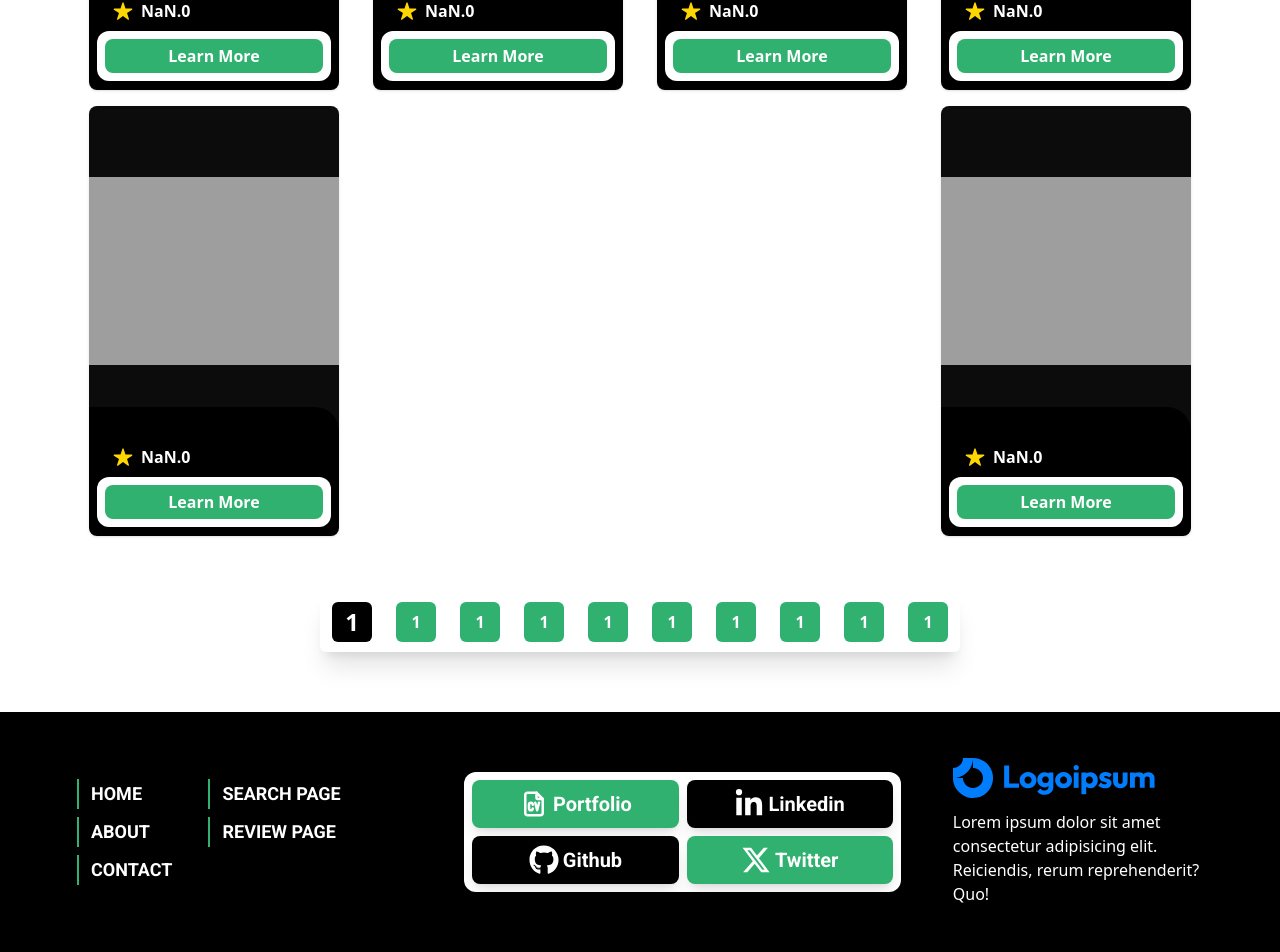
Repository: jayantatech/FrameFlick
Page: /movies
These files come from the project's save history. The page is drawn as it stood at one moment and after the next save; the edit follows.
The browser window is 1280 px wide. The pictures show the part of the page from y = 1136 to 2088 px (the page is 2088 px tall).
Pictures or frames that could not be fetched are drawn as grey boxes. The page's requests for data from a server got no answer. The project was rebuilt for these pictures with package versions that can differ from the ones it lists, and the page was loaded fresh each time. No one was signed in, and anything a server would have sent is missing. Also part of the build but not shown: vite.config.js, src/components/header/SearchBar.jsx, src/components/sliderComponent/button.css, src/components/sliderComponent/SliderComponent.jsx, src/pages/home/comingAttractions/ComingAttractions.jsx, src/pages/home/currentFavorites/CurrentFavorites.jsx, src/pages/home/movieGenres/MovieGenres.jsx, src/components/responsiveTitle/responsiveTitle.jsx and 11 more.

Above is the page before, as saved 2024-02-13 19:13:48.

### index.html
<!doctype html>
<html lang="en">

<head>
  <meta charset="UTF-8" />
  <link rel="icon" type="image/svg+xml" href="/vite.svg" />
  <meta name="viewport" content="width=device-width, initial-scale=1.0" />
  <link
    href="https://fonts.googleapis.com/css?family=Roboto:100,100italic,300,300italic,regular,italic,500,500italic,700,700italic,900,900italic"
    rel="stylesheet" />
  <link
    href="https://fonts.googleapis.com/css?family=Poppins:100,100italic,200,200italic,300,300italic,regular,italic,500,500italic,600,600italic,700,700italic,800,800italic,900,900italic"
    rel="stylesheet" />
  <title>Vite + React</title>
</head>

<body>
  <div id="root"></div>
  <script type="module" src="/src/main.jsx"></script>
</body>

</html>

### src/main.jsx
import React from "react";
import ReactDOM from "react-dom/client";
import App from "./App.jsx";
import "./index.css";
import { Provider } from "react-redux";
import store from "./store/Store.js";

ReactDOM.createRoot(document.getElementById("root")).render(
  <React.StrictMode>
    <Provider store={store}>
      <App />
    </Provider>
  </React.StrictMode>
);

### src/App.jsx
import React, { useEffect } from "react";
import ContentWrapper from "./components/contentWrapper/ContentWrapper";
import Header from "./components/header/Header";
import SearchBar from "./components/header/SearchBar";
import { fetchDataFromApi } from "./Utils/api";
import { useDispatch, useSelector } from "react-redux";
import { setFilmGenres, setUrl } from "./store/HomeSlice";
import Home from "./pages/home/Home";
import fetchData from "./components/hooks/fetchData";
import VideoPopBox from "./components/videoPopBox/VideoPopBox";
import Footer from "./components/footer/Footer";
import ReviewPage from "./pages/reviewPage/ReviewPage";
import { BrowserRouter, Route, Routes } from "react-router-dom";
import MoviePage from "./pages/moviePage/MoviePage";

/*
main green color - #58DAA8
2nd main color - #30b170
light green color - #E6FFF8
deep Green color - #409E7A
deep Green color 2 - #5EBEA3

*/

const App = () => {
  const { data, loading } = fetchData("configuration");

  const dispatch = useDispatch();
  useEffect(() => {
    dispatch(setUrl(`${data?.images.secure_base_url + "original"}`));
  }, [data]);

  const { data: genresData, loading: genresLoading } = fetchData(
    `genre/movie/list?language=en`
  );
  useEffect(() => {
    dispatch(setFilmGenres(genresData && genresData?.genres));
  }, [genresData]);

  return (
    <BrowserRouter>
      <VideoPopBox />
      <Header />
      <Routes>
        <Route path="/" element={<Home />} />
        <Route path="/review/:film/:id" element={<ReviewPage />} />
        <Route path="/movies" element={<MoviePage />} />
      </Routes>
      {/* <div className=" w-full h-[800px]"></div> */}
      <Footer />
    </BrowserRouter>
  );
};

export default App;

### src/components/contentWrapper/ContentWrapper.jsx
import React from "react";

const ContentWrapper = ({ children }) => {
  return <div className="w-full max-w-[1158px] mx-auto px-4">{children}</div>;
};

export default ContentWrapper;

### src/components/hooks/fetchData.jsx
import React, { useEffect, useState } from "react";
import { fetchDataFromApi } from "../../Utils/api";

const fetchData = (url) => {
  const [data, setData] = useState(null);
  const [loading, setLoading] = useState(null);
  const [error, setError] = useState(null);

  useEffect(() => {
    setLoading(true);
    setData(null);
    setError(null);
    fetchDataFromApi(url)
      .then((res) => {
        if (res?.status === 404) {
          throw new Error("Videos not found for this video");
        } else {
          return res.json();
        }
      })
      .then((data) => {
        setLoading(false);
        setData(data);
      })
      .catch((error) => setError("Something went wrong"));
  }, [url]);

  return { data, loading, error };
};

export default fetchData;

### src/components/videoPopBox/VideoPopBox.jsx
import React, { useEffect, useState } from "react";
import { IoClose } from "react-icons/io5";
import { useDispatch, useSelector } from "react-redux";
import { setVideoPopBox } from "../../store/HomeSlice";
import ReactPlayer from "react-player";

const VideoPopBox = () => {
  const [activeVideo, setActiveVideo] = useState(false);
  const [videoInfo, setVideoInfo] = useState([]);
  const dispatch = useDispatch();
  const { vidboxOn, vidBoxInfo } = useSelector(
    (state) => state.home.VideoPopBox
  );
  useEffect(() => {
    if (vidboxOn) setActiveVideo(vidboxOn);
    if (vidBoxInfo) setVideoInfo(vidBoxInfo);
  }, [vidboxOn, vidBoxInfo]);

  // useEffect(() => {
  //   if (activeVideo) {
  //     document.body.style.overflow = "hidden";
  //   } else {
  //     document.body.style.overflow = "auto";
  //   }
  // }, [activeVideo]);

  function hideVideoBox() {
    dispatch(setVideoPopBox([{ vidBoxOnPass: false, vidBoxInfoPass: {} }]));
    setActiveVideo(false);
  }

  return (
    <div
      className={` fixed w-screen h-screen top-0 left-0 ${
        activeVideo ? "block z-40" : "hidden -z-0"
      }`}
    >
      <div
        className={` relative top-0 left-0 min-h-screen min-w-screen flex items-center justify-center overflow-hidden`}
      >
        <div
          className=" absolute top-0 left-0 w-full h-full bg-[#000000af]"
          onClick={hideVideoBox}
        ></div>
        <div
          className={`w-[840px] h-[540px] max-lg:w-[660px] max-lg:h-[440px] max-md:w-[360px] max-md:h-[240px] bg-[#fff] shadow-xl rounded-xl py-4 px-4 relative transition-all duration-300 ${
            activeVideo ? "translate-y-[0%]" : "translate-y-[150%]"
          }`}
        >
          <div
            className=" w-[50px] h-[50px] bg-[#30B170] hover:bg-[#58DAA8] text-black hover:text-gray-600  absolute -top-5 -right-5 rounded-full flex items-center justify-center text-4xl cursor-pointer"
            onClick={hideVideoBox}
          >
            <IoClose />
          </div>
          <div className=" w-full h-full bg-black">
            {videoInfo && (
              <ReactPlayer
                url={`https://www.youtube.com/watch?v=${videoInfo?.key}`}
                width={"100%"}
                height={"100%"}
              />
            )}
          </div>
        </div>
      </div>
    </div>
  );
};

export default VideoPopBox;

### src/pages/moviePage/MoviePage.jsx
import React from "react";
import HeroMovie from "./heroMovie/HeroMovie";
import AllMovies from "./allMovies/AllMovies";

const MoviePage = () => {
  return (
    <div>
      <HeroMovie />
      <AllMovies />
    </div>
  );
};

export default MoviePage;

### src/pages/moviePage/heroMovie/HeroMovie.jsx
import React, { useEffect, useState } from "react";
import MyImage from "../../../components/myImage/MyImage";
import fetchData from "../../../components/hooks/fetchData";
import { useSelector } from "react-redux";
import MovieHeroInfo from "../../../components/movieHeroInfo/MovieHeroInfo";

const HeroMovie = () => {
  const [storeGen, setStoreGen] = useState([]);
  const [filmInfo, setFilmInfo] = useState([]);
  const [storeRendom, setStoreRendom] = useState(null);
  const { data, loading } = fetchData(`trending/movie/week`);
  const { url, filmGenres } = useSelector((state) => state.home);

  useEffect(() => {
    let rendomData;
    if (data?.results) {
      const genRanNum = Math.floor(Math.random() * 19);
      rendomData = data?.results[genRanNum];
      setStoreRendom(rendomData);
      console.log(data);
    }
  }, [data]);

  // let testData = storeRendom && storeRendom;
  let movieHeroData = storeRendom && storeRendom;
  useEffect(() => {
    let storeGenNum = [];
    if (movieHeroData) {
      filmGenres?.forEach((element) => {
        if (movieHeroData?.genre_ids.includes(element?.id)) {
          storeGenNum.push(element);
        }
      });
    }
    setStoreGen(storeGenNum);
  }, [filmGenres, movieHeroData]);
  console.log(storeGen);
  return (
    <div className=" w-full h-[590px] max-md:h-[670px] bg-black relative">
      <div className=" w-full h-full bg-[#0000005d] absolute top-0 left-0 z-10"></div>
      <div className=" overflow-hidden w-full h-full absolute top-0 left-0 z-0 ">
        <MyImage
          src={`${url}${!loading && movieHeroData?.backdrop_path}`}
          className={"max-lg:scale-150 max-md:scale-[4]"}
        />
      </div>
      <MovieHeroInfo movieHeroData={movieHeroData} storeGen={storeGen} />
    </div>
  );
};

export default HeroMovie;

### src/pages/moviePage/allMovies/AllMovies.jsx
import React from "react";
import ContentWrapper from "../../../components/contentWrapper/ContentWrapper";
import FilmCard from "../../../components/filmCard/FilmCard";

const AllMovies = () => {
  return (
    <div>
      <ContentWrapper>
        <div className=" py-[60px] px-3">
          <div className=" py-3">
            <h2 className=" capitalize text-3xl font-[Roboto] font-bold">
              our Movie suggestions
            </h2>
          </div>
          <div className=" w-full h-auto flex py-6 flex-row flex-wrap gap-4 items-center justify-between">
            <FilmCard />
            <FilmCard />
            <FilmCard />
            <FilmCard />
            <FilmCard />
            <FilmCard />
          </div>
          <div className=" w-full h-auto flex items-center justify-center pt-8">
            <div className=" w-fit px-3 h-[60px] bg-[#fff] shadow-xl rounded-md flex items-center justify-center gap-6">
              <div className=" w-[40px] h-[40px] bg-[#000] text-white rounded-md flex items-center justify-center font-bold text-2xl">
                1
              </div>
              <div className=" w-[40px] h-[40px] bg-[#30B170] text-white rounded-md flex items-center justify-center font-semibold">
                1
              </div>
              <div className=" w-[40px] h-[40px] bg-[#30B170] text-white rounded-md flex items-center justify-center font-semibold">
                1
              </div>
              <div className=" w-[40px] h-[40px] bg-[#30B170] text-white rounded-md flex items-center justify-center font-semibold">
                1
              </div>
              <div className=" w-[40px] h-[40px] bg-[#30B170] text-white rounded-md flex items-center justify-center font-semibold">
                1
              </div>
              <div className=" w-[40px] h-[40px] bg-[#30B170] text-white rounded-md flex items-center justify-center font-semibold">
                1
              </div>
              <div className=" w-[40px] h-[40px] bg-[#30B170] text-white rounded-md flex items-center justify-center font-semibold">
                1
              </div>
              <div className=" w-[40px] h-[40px] bg-[#30B170] text-white rounded-md flex items-center justify-center font-semibold">
                1
              </div>
              <div className=" w-[40px] h-[40px] bg-[#30B170] text-white rounded-md flex items-center justify-center font-semibold">
                1
              </div>
              <div className=" w-[40px] h-[40px] bg-[#30B170] text-white rounded-md flex items-center justify-center font-semibold">
                1
              </div>
            </div>
          </div>
        </div>
      </ContentWrapper>
    </div>
  );
};

export default AllMovies;

### src/components/myImage/MyImage.jsx
import React from "react";
import { LazyLoadImage } from "react-lazy-load-image-component";
import "react-lazy-load-image-component/src/effects/blur.css";

const MyImage = ({ src, className, alt }) => (
  <div className=" w-full min-h-full flex items-center justify-center overflow-hidden bg-contain">
    <LazyLoadImage
      alt={alt ? alt : "Frameflick"}
      src={src}
      effect="blur"
      width={"100%"}
      height={"100%"}
      className={`${className}`}
    />
  </div>
);

export default MyImage;

### src/components/movieHeroInfo/MovieHeroInfo.jsx
import React, { useEffect, useState } from "react";
import { IoIosStar } from "react-icons/io";
import ContentWrapper from "../contentWrapper/ContentWrapper";
import GenresCard from "../genresCard/GenresCard";
import BothButton from "../bothButton/BothButton";
import ResponsiveTitle from "../responsiveTitle/responsiveTitle";
import ResponsiveText from "../responsiveText/ResponsiveText";
import RattingBox from "../rattingBox/RattingBox";
import DateBox from "../dateBox/DateBox";

const MovieHeroInfo = ({ movieHeroData, storeGen }) => {
  const [storeSlice, setStoreSlice] = useState(null);
  useEffect(() => {
    const slicGen = storeGen && storeGen?.slice(0, 3);
    setStoreSlice(slicGen);
  }, [storeGen]);

  console.log(storeGen);
  return (
    <ContentWrapper>
      <div className=" relative top-0 left-0 w-full h-[590px] max-md:h-[670px] flex items-end justify-center py-4 z-20">
        <div className=" w-full min-h-[270px] max-lg:min-h-[270px] max-md:min-h-[470px] rounded-lg  bg-[#636262] backdrop-filter backdrop-blur-sm bg-opacity-60 p-4 max-lg:px-2 flex flex-row gap-2 max-md:flex-col">
          <div className=" md:w-3/6">
            <h2 className=" text-3xl font-[Roboto] font-bold text-white min-h-[40px]">
              {movieHeroData?.original_title}
            </h2>
            {/* <ResponsiveTitle data={testData} /> */}
            <div className=" w-full h-[40px]  my-2 flex items-center flex-row gap-2 px-2">
              <DateBox data={movieHeroData} />
              <RattingBox data={movieHeroData} />
            </div>
            {
              <div className=" w-full h-[60px] max-md:h-[80px] max-lg:h-[90px] flex items-center justify-start px-2 flex-row gap-2">
                <ResponsiveText data={movieHeroData} upTo={15} />
              </div>
            }
            <div className=" px-2 py-3 flex items-center justify-center gap-2 flex-row">
              <BothButton data={movieHeroData} />
            </div>
          </div>
          <div className=" md:w-3/6 max-h-[210px] max-lg:max-h-[240px] max-md:min-h-[240px] px-3 py-3 flex items-center justify-start gap-6 max-lg:gap-3 flex-wrap flex-col">
            <div className=" w-full py-1 bg-[#000] text-white text-center rounded-md">
              <span className=" font-[Roboto] font-semibold text-lg">
                {" "}
                {movieHeroData?.original_title} Genres
              </span>
            </div>
            <div className=" flex items-center justify-center gap-3 flex-wrap flex-row max-md:flex-row ">
              {storeSlice?.map((item, index) => (
                <GenresCard key={index} item={item} />
              ))}
            </div>
          </div>
        </div>
      </div>
    </ContentWrapper>
  );
};

export default MovieHeroInfo;

### src/components/responsiveText/ResponsiveText.jsx
import React from "react";

const ResponsiveText = ({ data, upTo = 20 }) => {
  function getTheDescription(description) {
    const words = description.split(" ").slice(0, upTo).join(" ") + "...";
    return words;
  }
  return (
    <p className=" font-[Poppins] text-lg text-white ">
      {data && getTheDescription(data?.overview)}
    </p>
  );
};

export default ResponsiveText;

### src/components/bothButton/BothButton.jsx
import React from "react";
import { useDispatch } from "react-redux";
import { setVideoPopBox } from "../../store/HomeSlice";
import fetchData from "../hooks/fetchData";
import { useNavigate } from "react-router";

const BothButton = ({ data }) => {
  const { data: newData, loading: newLoading } = fetchData(
    `movie/${data?.id && data?.id}/videos`
  );
  const oneVideo = newData?.results?.filter((item) => item?.key);
  const oneTrailer = oneVideo && oneVideo[0];

  const dispatch = useDispatch();
  const openVideoBox = () => {
    dispatch(
      setVideoPopBox([{ vidBoxOnPass: true, vidBoxInfoPass: oneTrailer }])
    );
  };

  const navigateNew = useNavigate();

  const navigateToNewPage = () => {
    navigateNew(`/review/${"movie"}/${data?.id}`);
  };
  return (
    <>
      <button
        className=" w-full h-[50px] max-lg:h-[40px] bg-[#000] rounded-md text-white font-bold text-2xl font-[Roboto] hover:scale-95 transition-all duration-300 max-lg:text-xl"
        onClick={openVideoBox}
      >
        Trailer
      </button>
      <button
        className=" w-full h-[50px] bg-[#30B170] rounded-md text-white font-bold text-2xl font-[Roboto]  hover:scale-95 transition-all duration-300 max-lg:h-[40px] max-lg:text-xl"
        onClick={navigateToNewPage}
      >
        Learn More
      </button>
    </>
  );
};

export default BothButton;

### src/components/rattingBox/RattingBox.jsx
import React from "react";
import { IoStar } from "react-icons/io5";

const RattingBox = ({ data }) => {
  const averageVote = data && data?.vote_average;

  const votePointer = Number(
    data && data?.vote_average.toString().split(".")[1]
  );

  return (
    <>
      {
        <div className=" text-lg font-extrabold font-[Roboto] flex items-center justify-start gap-2 px-2 py-1 rounded-lg bg-white md:w-[150px]  max-md:w-[50%]">
          Rating:
          <span className=" text-[#ffd700] text-2xl flex items-center justify-center font-bold">
            <IoStar />
          </span>
          {averageVote &&
            votePointer &&
            `${Math.floor(averageVote)}.${
              votePointer ? votePointer.toString().slice(0, 1) : "0"
            }`}
        </div>
      }
    </>
  );
};

export default RattingBox;

### src/components/dateBox/DateBox.jsx
import React from "react";

const DateBox = ({ data }) => {
  function timeFormath(timeTo) {
    const releaseDate = new Intl.DateTimeFormat("en-US", {
      day: "2-digit",
      month: "short",
      year: "2-digit",
    }).format(new Date(timeTo));
    return releaseDate;
  }
  return (
    <div className=" text-lg font-extrabold font-[Roboto] flex items-center justify-start gap-2 px-2 py-1 rounded-lg bg-white md:w-[160px] max-md:w-[50%]">
      Data:
      <span className="font-bold max-md:text-base">
        {data && timeFormath(data?.release_date)}
      </span>
    </div>
  );
};

export default DateBox;

Loaded but not shown: src/index.css (common file); tailwind.config.js (common file); src/store/HomeSlice.js (34 lines, source omitted); src/Utils/api.js (20 lines, source omitted); src/store/Store.js (10 lines, source omitted); src/assets/icons/index.js (3 lines, source omitted); src/components/header/Header.jsx (153 lines, source omitted); src/components/footer/Footer.jsx (83 lines, source omitted); src/components/filmCard/FilmCard.jsx (105 lines, source omitted)

After the next save:
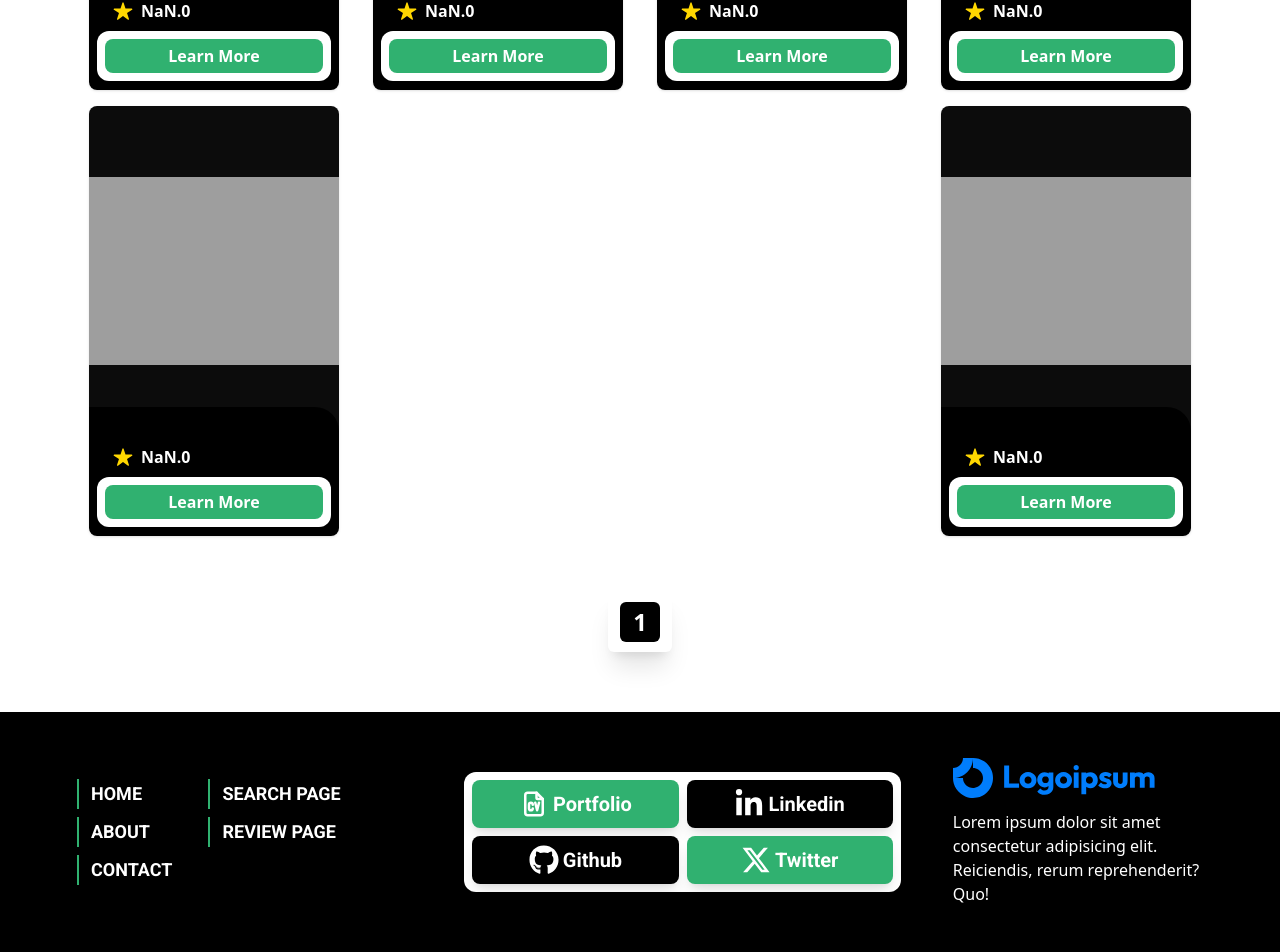
Saved 8 s later.
--- a/src/pages/moviePage/allMovies/AllMovies.jsx
+++ b/src/pages/moviePage/allMovies/AllMovies.jsx
@@ -25,33 +25,6 @@ const AllMovies = () => {
               <div className=" w-[40px] h-[40px] bg-[#000] text-white rounded-md flex items-center justify-center font-bold text-2xl">
                 1
               </div>
-              <div className=" w-[40px] h-[40px] bg-[#30B170] text-white rounded-md flex items-center justify-center font-semibold">
-                1
-              </div>
-              <div className=" w-[40px] h-[40px] bg-[#30B170] text-white rounded-md flex items-center justify-center font-semibold">
-                1
-              </div>
-              <div className=" w-[40px] h-[40px] bg-[#30B170] text-white rounded-md flex items-center justify-center font-semibold">
-                1
-              </div>
-              <div className=" w-[40px] h-[40px] bg-[#30B170] text-white rounded-md flex items-center justify-center font-semibold">
-                1
-              </div>
-              <div className=" w-[40px] h-[40px] bg-[#30B170] text-white rounded-md flex items-center justify-center font-semibold">
-                1
-              </div>
-              <div className=" w-[40px] h-[40px] bg-[#30B170] text-white rounded-md flex items-center justify-center font-semibold">
-                1
-              </div>
-              <div className=" w-[40px] h-[40px] bg-[#30B170] text-white rounded-md flex items-center justify-center font-semibold">
-                1
-              </div>
-              <div className=" w-[40px] h-[40px] bg-[#30B170] text-white rounded-md flex items-center justify-center font-semibold">
-                1
-              </div>
-              <div className=" w-[40px] h-[40px] bg-[#30B170] text-white rounded-md flex items-center justify-center font-semibold">
-                1
-              </div>
             </div>
           </div>
         </div>
